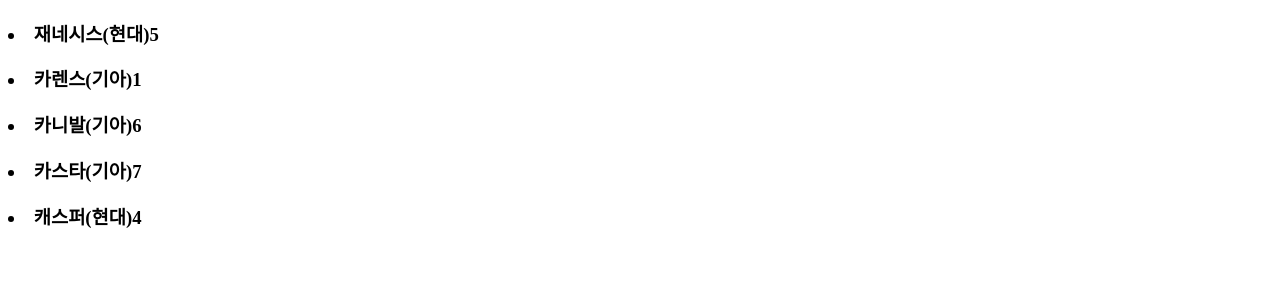
Repository: tjdwlsl/jspstudy
Page: http://localhost/JQuery_Ajax/02_ajax/ex02/ex04.jsp
The author's editor kept a copy of each file at every save. The page is drawn from the files as they stood at one save, then again after the next save.
The browser window is 1280 px wide. The pictures show the whole page.
The page is served by Tomcat 9. Other server files are loaded and not shown.

Above is the page before, as saved 2023-07-20 08:34:58.

### JQuery_Ajax/src/main/webapp/02_ajax/ex02/ex04.jsp
<%@ page language="java" contentType="text/html; charset=UTF-8"
    pageEncoding="UTF-8"%>
<!DOCTYPE html>
<html>
<head>
<meta charset="UTF-8">
<title>xml 데이터 처리</title>
</head>
<body>
	<script type="text/javascript">
		var request = new XMLHttpRequest();
		request.open("POST", "data03.xml", false);

		request.onreadystatechange = function(){
			if(request.readyState == 4 && request.status == 200){
				// xml 태그 일기
				// 텍스트 가져오기
				var data = request.responseXML;

				// data에 있는 정보중 태그 요소만 가져오기
				var product = data.getElementsByTagName("product");

				for (var i = 0; i < product.length; i++) {
					//속성 추출 : attributes[index].vlaue
					var name = product[i].attributes[0].value;
					var count = product[i].attributes[1].value;

					var qwe = product[i].childNodes[0].nodeValue;

					document.body.innerHTML
					+= "<h3><li>" +name+ "(" + qwe + ")" + count + "</li></h3>"
				}
			}
		}
		request.send();
	</script>
</body>
</html>

### JQuery_Ajax/src/main/webapp/02_ajax/ex02/data03.xml
<?xml version="1.0" encoding="UTF-8"?>
<!--
	xml : 확장 마크업 언어
		사용자가 태그를 만들어서 사용
		DTD라는 xml문서의 구조 및 해당 문서에서 사용할 수 있는 적법한 요소 및 속성을 정의 한 것
		** xml은 루트 태그가 하나임
 -->
<products>
 	<product name="재네시스" count="5">현대</product>
 	<product name="카렌스" count="1">기아</product>
 	<product name="카니발" count="6">기아</product>
 	<product name="카스타" count="7">기아</product>
 	<product name="캐스퍼" count="4">현대</product>

 </products>

After the next save:
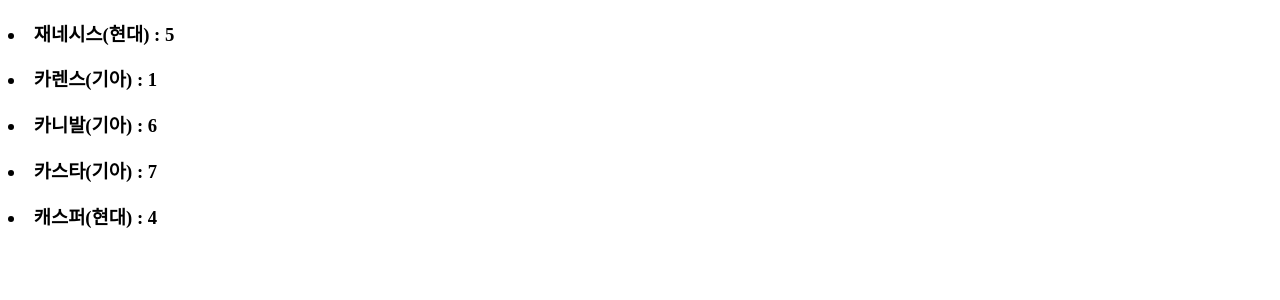
Saved 13 s later.
--- a/JQuery_Ajax/src/main/webapp/02_ajax/ex02/ex04.jsp
+++ b/JQuery_Ajax/src/main/webapp/02_ajax/ex02/ex04.jsp
@@ -28,7 +28,7 @@
 					var qwe = product[i].childNodes[0].nodeValue;
 
 					document.body.innerHTML
-					+= "<h3><li>" +name+ "(" + qwe + ")" + count + "</li></h3>"
+					+= "<h3><li>" +name+ "(" + qwe + ")" +" : " + count + "</li></h3>"
 				}
 			}
 		}
